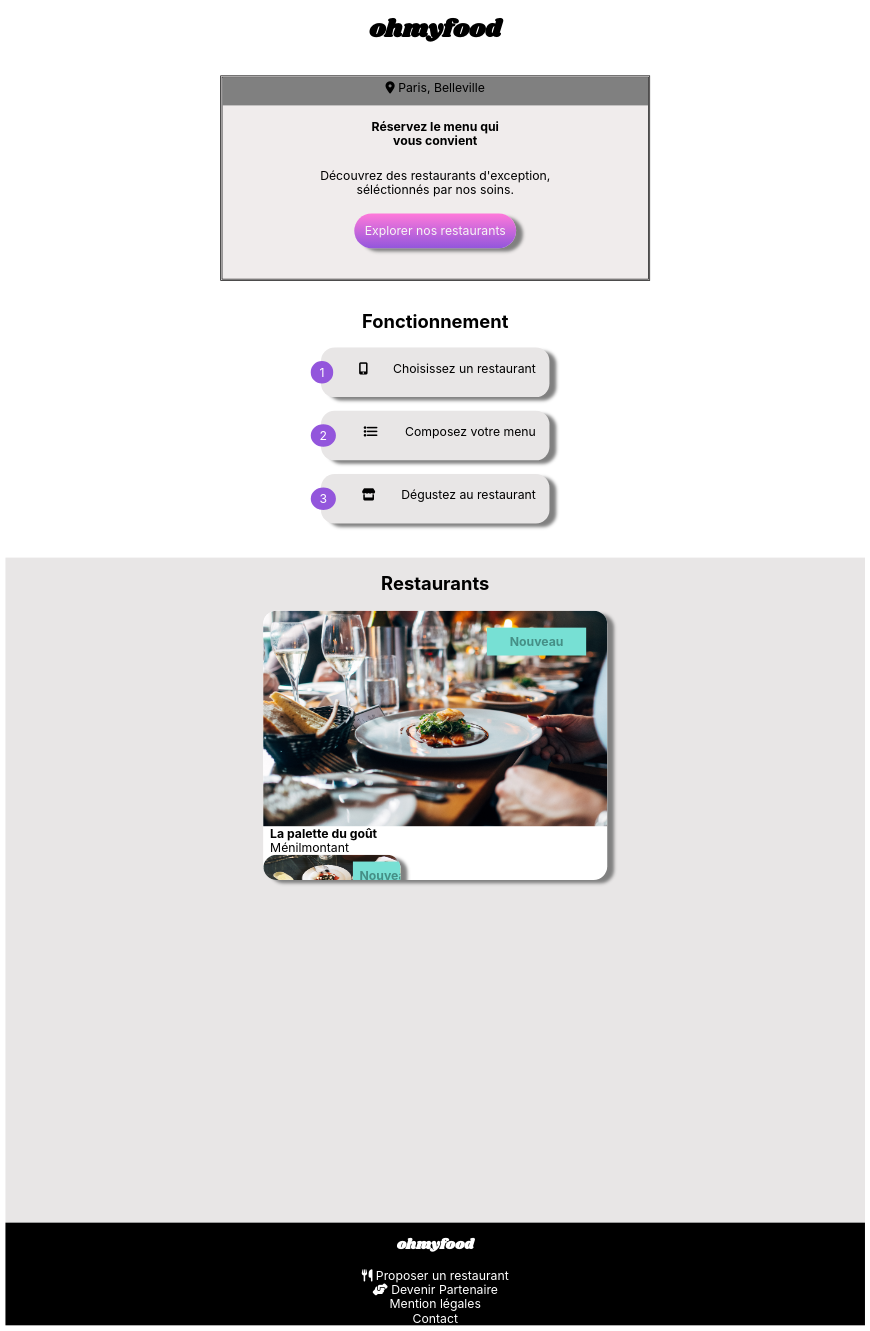
Repository: yacinebouk/ohmyfood
Page: index.html
An editor plug-in stored every save of this project. The page is shown before and after the next save, followed by the edit.
The browser window is 1280 px wide. The pictures show the whole page, at 68% of full size.
Some web libraries are served in a nearby version. The style sheet was rebuilt from its Sass, Less or Tailwind sources for each picture, by a compiler version that may differ from the author's.

Above is the page before, as saved 2022-07-07 16:54:41.

### index.html
<!DOCTYPE html>
<html lang="fr">

<head>
    <script src="https://kit.fontawesome.com/225bbe1e2d.js" crossorigin="anonymous"></script>
    <meta charset="utf-8" />
    <title>ohmyfood</title>
    <link rel="stylesheet" href="css/styles.css" />
    <meta name="viewport" content="width=device-width, initial-scale=1">

</head>

<body>
    <div class="hide">
        <div class="loader"></div>
    </div>
    <main>
        <header>
            <h1 class="Tittle">ohmyfood</h1>
            <div class="search">
                <div class="town"> <span><i class="fa-solid fa-location-dot"></i></span> Paris, Belleville</div>
                <div class="reservation"> <b> Réservez le menu qui <br> vous convient</b> </div>
                <div class="discover">Découvrez des restaurants d'exception, <br> séléctionnés par nos soins.</div>
                <div class="explore">
                    <span class="explore-text">Explorer nos restaurants</span>
                </div>
            </div>
        </header>
        <section class="section-working">
            <div class="working">
                <h2>Fonctionnement</h2>
                <div class="choose">
                    <div class="number">1</div>
                    <div class="logo-work"> <i class="fa-solid fa-mobile-screen-button"></i></div>
                    <div class="text-work"> Choisissez un restaurant</div>
                </div>
                <div class="compose">
                    <div class="number">2</div>
                    <div class="logo-work"><i class="fa-solid fa-ellipsis-vertical"><i class="fa-solid fa-bars"></i></i>
                    </div>
                    <div class="text-work"> Composez votre menu</div>
                </div>
                <div class="taste">
                    <div class="number">3</div>
                    <div class="logo-work"><i class="fa-solid fa-store"></i>
                    </div>
                    <div class="text-work"> Dégustez au restaurant</div>
                </div>
            </div>
        </section>
        <section class="section-restaurant">
            <div class="restaurant">
                <h2>Restaurants</h2>
                <div class="block-restaurant">
                    <div class="border-restaurant">
                        <div class="block-picture">
                            <div class="new"><b>Nouveau</b></div>
                            <div class="picture-restaurant"> <img src="./images/restaurants/jay-wennington-N_Y88TWmGwA-unsplash.jpg" style="height:100%;width: 100%" alt="Ohmyfood"></div>
                        </div>
                        <div class="block-text">
                            <div class="text">
                                <a href="./palette.html">
                                    <div class="title-restaurant"><b> La palette du goût</b>
                                    </div>
                                    <div class="place-restaurant"> Ménilmontant</div>
                                </a>
                            </div>
                            <div class="heart">

                            </div>
                        </div>
                        <div class="border-restaurant">
                            <div class="block-picture">
                                <div class="new"><b>Nouveau</b></div>
                                <div class="picture-restaurant"> <img src="./images/restaurants/stil-u2Lp8tXIcjw-unsplash.jpg" style="height:100%;width: 100%" alt="Ohmyfood"></div>
                            </div>
                            <div class="block-text">
                                <div class="text">
                                    <a href="./noteenchanté.html">
                                        <div class="title-restaurant"><b> La note enchantée</b>
                                        </div>
                                        <div class="place-restaurant"> Charonne</div>
                                    </a>
                                </div>
                                <div class="heart">
                                    <span class="heart-regular"><i class="fa-regular fa-heart"></i></span>
                                    <span class="heart-solid"><i class="fa-solid fa-heart"></i></span>
                                </div>
                            </div>
                        </div>
                        <div class="border-restaurant">
                            <div class="block-picture">
                                <div class="picture-restaurant"> <img src="./images/restaurants/toa-heftiba-DQKerTsQwi0-unsplash.jpg" style="height:100%;width: 100%" alt="Ohmyfood"></div>
                            </div>
                            <div class="block-text">
                                <div class="text">
                                    <a href="./francaise.html">
                                        <div class="title-restaurant"><b>A la française</b>
                                        </div>
                                        <div class="place-restaurant"> Cité Rouge</div>
                                    </a>
                                </div>
                                <div class="heart">
                                    <span class="heart-regular"><i class="fa-regular fa-heart"></i></span>
                                    <span class="heart-solid"><i class="fa-solid fa-heart"></i></span>
                                </div>
                            </div>
                        </div>
                        <div class="border-restaurant">
                            <div class="block-picture">
                                <div class="picture-restaurant"> <img src="./images/restaurants/louis-hansel-shotsoflouis-qNBGVyOCY8Q-unsplash.jpg" style="height:100%;width: 100%" alt="Ohmyfood"></div>
                            </div>
                            <div class="block-text">
                                <div class="text">
                                    <a href="./ledélice.html">
                                        <div class="title-restaurant"><b>Le délice des sens</b></div>
                                        <div class="place-restaurant">Folie-Méricourt</div>
                                    </a>
                                </div>
                                <div class="heart">
                                    <span class="heart-regular"><i class="fa-regular fa-heart"></i></span>
                                    <span class="heart-solid"><i class="fa-solid fa-heart"></i></span>
                                </div>
                            </div>
                        </div>
                    </div>
                </div>
        </section>
        <footer>
            <div class="frame-end">
                <h3 class="little-tittle">ohmyfood </h3>
                <div class="end">
                    <div class="propose"> <i class="fa-solid fa-utensils"></i> Proposer un restaurant</div>
                    <div class="partner"> <i class="fa-solid fa-handshake-angle"></i> Devenir Partenaire</div>
                    <div class="mention">Mention légales</div>
                    <div class="contact">
                        <a href="mailto:yacineboukhari@hotmail.com">Contact</a></div>
                </div>
            </div>
        </footer>
    </main>
</body>

### style/styles.scss
main {
    font-size: 18px;
    font-family: -apple-system, BlinkMacSystemFont, 'Segoe UI', Roboto, Oxygen, Ubuntu, Cantarell, 'Open Sans', 'Helvetica Neue', sans-serif;
}

@font-face {
    font-family: 'Shrikhand';
    src: url('../language/Shrikhand-Regular.otf');
}

h1 {
    font-family: 'Shrikhand';
}

h3 {
    font-family: 'Shrikhand';
}

h2 {
    text-align: center;
}

header {
    text-align: center;
}

@mixin shadow {
    box-shadow: grey 10px 5px 5px;
}

@mixin block {
    display: flex;
    flex-direction: row;
    justify-content: space-between;
    padding-bottom: 40px;
    @include shadow;
    background-color: rgb(232, 230, 230);
    border-radius: 20px 20px;
    padding: 20px 20px 20px 0px;
    width: 25%;
    margin: auto;
}

.logo-img {
    padding-bottom: 20px;
}

.search {
    border: double;
    margin-left: 25%;
    margin-right: 25%;
    background-color: rgb(240, 236, 236);
    padding-bottom: 20px;
}

.town {
    padding-bottom: 15px;
    border-bottom: lightgray 2px;
    padding-top: 5px;
    background-color: grey;
}

.reservation {
    padding-top: 20px;
    padding-bottom: 30px
}

.discover {
    padding-bottom: 40px;
}

.explore {
    padding-bottom: 40px;
}

.explore span {
    @include shadow;
    background: linear-gradient(#FF79DA, #9356DC);
    border-radius: 50px 50px;
    padding: 15px;
    color: #f6f6f6;
}

.working {
    padding-top: 20px;
    display: flex;
    justify-content: center;
    flex-direction: column;
}

.number {
    border: #9356DC solid;
    border-radius: 50%;
    background-color: #9356DC;
    padding: 3px 10px 3px 10px;
    color: white;
    margin-left: -15px;
}

.choose {
    @include block;
    margin-bottom: 20px;
    &:hover {
        .logo-work {
            color: #9356DC;
        }
        background-color: #d8cee4;
    }
}

.compose {
    @include block;
    margin-bottom: 20px;
    &:hover {
        .logo-work {
            color: #9356DC;
        }
        background-color: #d8cee4;
    }
}

.taste {
    @include block;
    margin-bottom: 50px;
    &:hover {
        .logo-work {
            color: #9356DC;
        }
        background-color: #d8cee4;
    }
}

.section-restaurant {
    display: flex;
    flex-direction: column;
    background-color: rgb(232, 230, 230);
}

h1 {
    text-align: center;
    padding-bottom: 20px;
}

.block-restaurant {
    display: flex;
    flex-wrap: wrap;
    height: 900px;
    width: 100%;
    justify-content: space-around;
}

.border-restaurant {
    width: 40%;
    height: 44%;
    overflow: hidden;
    @include shadow;
    background-color: white;
    border-radius: 20px 20px;
}

.picture-restaurant {
    height: 80%;
}

.text {
    padding-left: 10px;
    display: flex;
    flex-direction: column;
    width: 100%;
}

.text a {
    text-decoration: none black;
    color: black;
}

.block-text {
    display: flex;
    place-items: flex-end;
    justify-content: space-between;
}

//
.heart {
    width: 100px;
    display: flex;
    justify-content: center;
    align-items: center;
    cursor: pointer;
    &:active {
        .heart-solid {
            animation: 3s colorin;
            display: flex;
        }
        .heart-regular {
            display: none;
        }
    }
}

.heart-solid {
    visibility: hidden;
    font-weight: 900;
    background-clip: text;
    -webkit-background-clip: text;
    -moz-background-clip: text;
    background-image: linear-gradient(#9356DC, #FF79DA);
    -webkit-text-fill-color: transparent;
}

@keyframes colorin {
    0% {
        visibility: hidden;
        opacity: 0;
    }
    100% {
        visibility: visible;
        opacity: 1;
    }
}

//
@keyframes fadeIn {
    0% {
        visibility: visible;
        opacity: 1;
    }
    100% {
        visibility: hidden;
        opacity: 0;
    }
}

.loader {
    border: 10px solid #f3f3f3;
    border-top: 10px solid red;
    border-bottom: 10px solid blue;
    border-radius: 50%;
    width: 100px;
    height: 100px;
    margin: auto;
    position: absolute;
    top: 0;
    left: 0;
    right: 0;
    bottom: 0;
    -webkit-animation: spin 1.5s linear infinite;
    -o-animation: spin 1.5s linear infinite;
    animation: spin 1.5s linear infinite;
}

.hide {
    animation: 2s fadeIn;
    animation-fill-mode: forwards;
}

main {
    animation: 2s fadeOut;
}

@keyframes fadeOut {
    0% {
        visibility: hidden;
        opacity: 0;
    }
    100% {
        visibility: visible;
        opacity: 1;
    }
}

@keyframes fadeIn {
    0% {
        visibility: visible;
        opacity: 1;
    }
    100% {
        visibility: hidden;
        opacity: 0;
    }
}

@keyframes spin {
    0% {
        transform: rotate(0deg);
    }
    100% {
        transform: rotate(360deg);
    }
}

.frame-end {
    text-align: center;
    background-color: black;
    color: white;
    display: flex;
    flex-direction: column;
}

.little-picture {
    height: 20px;
}

.contact a {
    text-decoration: none white;
    color: white;
}

.block-picture {
    position: relative;
    height: 80%;
}

.picture-restaurant {
    height: 100%;
}

.new {
    color: rgb(69, 143, 134);
    background-color: rgb(119, 224, 212);
    width: 25%;
    position: absolute;
    text-align: center;
    margin-left: 65%;
    margin-top: 5%;
    padding: 10px;
}

@media screen and (min-width: 320px) and (max-width: 768px) {
    main {
        font-size: 20px;
    }
    body {
        margin: 0;
        width: 100%;
    }
    header {
        width: 100%;
    }
    .logo-img {
        padding-bottom: 10px;
    }
    .search {
        border: none;
        margin: 0;
        width: 100%;
    }
    .town {
        padding-top: 5px;
        background-color: rgb(216, 214, 214);
        border-bottom: none;
        border-top: solid 2px grey;
    }
    .reservation {
        font-size: 24px;
        padding-bottom: 20px;
    }
    h1 {
        text-align: center;
    }
    h2 {
        text-align: initial;
    }
    h3 {
        margin-left: 20px;
    }
    .working {
        margin-left: 20px;
    }
    .choose {
        margin-left: 0;
        width: 90%;
    }
    .compose {
        margin-left: 0;
        width: 90%;
    }
    .taste {
        margin-left: 0;
        width: 90%;
    }
    .restaurant {
        margin-left: 20px;
    }
    .block-restaurant {
        height: auto;
        justify-content: unset;
    }
    .border-restaurant {
        width: 95%;
        height: 40%;
        margin-bottom: 20px;
    }
    .picture-restaurant {
        height: 200px;
        width: 100%;
    }
    .block-text {
        padding: 10px;
    }
    .frame-end {
        text-align: initial;
    }
    .end {
        display: flex;
        justify-content: space-around;
        flex-direction: column;
        margin-left: 20px;
    }
    .contact {
        padding-bottom: 20px;
    }
}

@media screen and (min-width: 769px) and (max-width: 991px) {
    .choose {
        width: 32%;
        margin-left: 34%;
    }
    .compose {
        width: 32%;
        margin-left: 34%;
    }
    .taste {
        width: 32%;
        margin-left: 34%;
    }
}

After the next save:
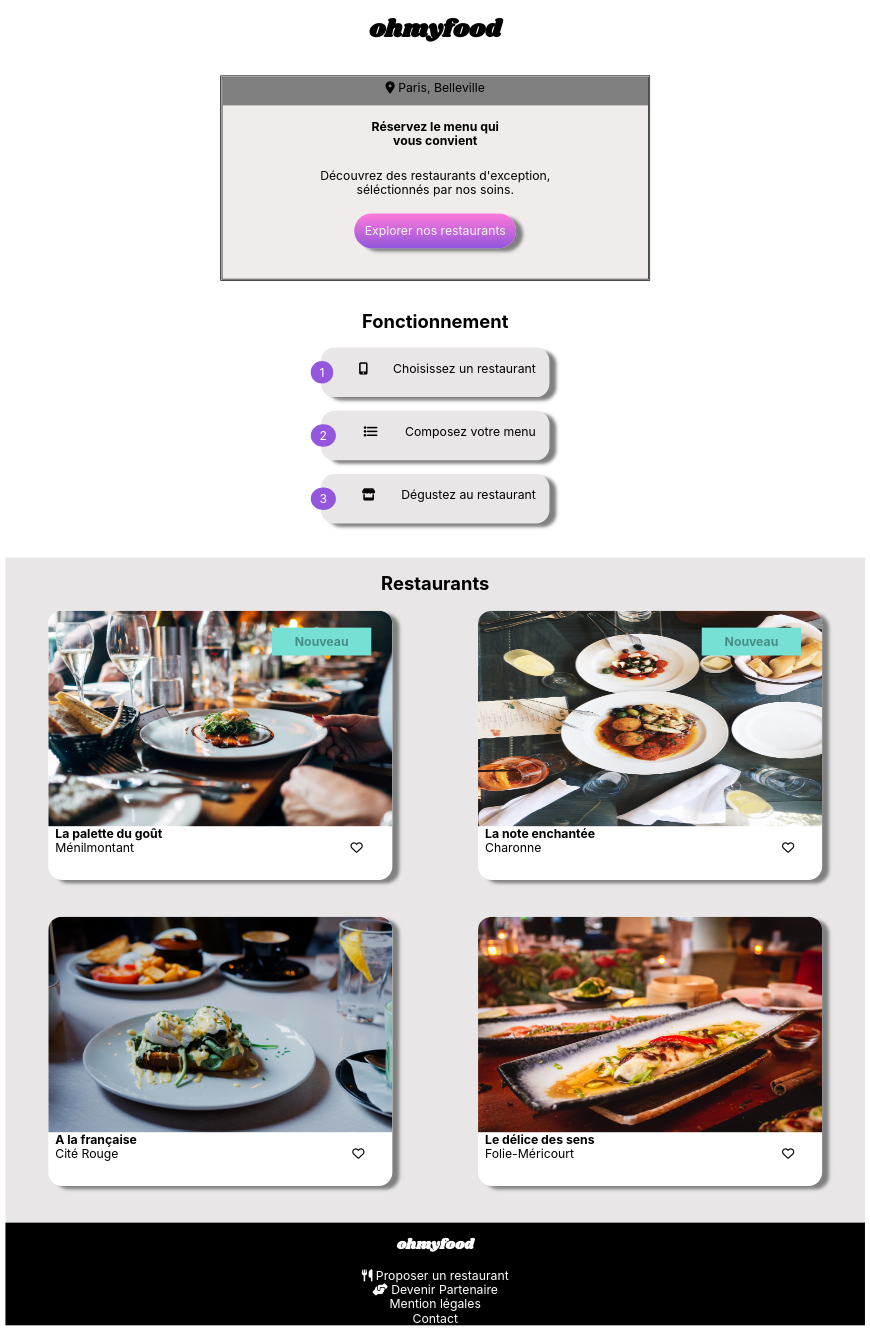
Saved 19 s later.
--- a/index.html
+++ b/index.html
@@ -66,65 +66,69 @@
                                 </a>
                             </div>
                             <div class="heart">
-
+                                <a>
+                                    <span class="heart-regular"><i class="fa-regular fa-heart"></i></span>
+                                    <span class="heart-solid"><i class="fa-solid fa-heart"></i></span>
+                                </a>
                             </div>
                         </div>
-                        <div class="border-restaurant">
-                            <div class="block-picture">
-                                <div class="new"><b>Nouveau</b></div>
-                                <div class="picture-restaurant"> <img src="./images/restaurants/stil-u2Lp8tXIcjw-unsplash.jpg" style="height:100%;width: 100%" alt="Ohmyfood"></div>
+                    </div>
+                    <div class="border-restaurant">
+                        <div class="block-picture">
+                            <div class="new"><b>Nouveau</b></div>
+                            <div class="picture-restaurant"> <img src="./images/restaurants/stil-u2Lp8tXIcjw-unsplash.jpg" style="height:100%;width: 100%" alt="Ohmyfood"></div>
+                        </div>
+                        <div class="block-text">
+                            <div class="text">
+                                <a href="./noteenchanté.html">
+                                    <div class="title-restaurant"><b> La note enchantée</b>
+                                    </div>
+                                    <div class="place-restaurant"> Charonne</div>
+                                </a>
                             </div>
-                            <div class="block-text">
-                                <div class="text">
-                                    <a href="./noteenchanté.html">
-                                        <div class="title-restaurant"><b> La note enchantée</b>
-                                        </div>
-                                        <div class="place-restaurant"> Charonne</div>
-                                    </a>
-                                </div>
-                                <div class="heart">
-                                    <span class="heart-regular"><i class="fa-regular fa-heart"></i></span>
-                                    <span class="heart-solid"><i class="fa-solid fa-heart"></i></span>
-                                </div>
+                            <div class="heart">
+                                <span class="heart-regular"><i class="fa-regular fa-heart"></i></span>
+                                <span class="heart-solid"><i class="fa-solid fa-heart"></i></span>
                             </div>
                         </div>
-                        <div class="border-restaurant">
-                            <div class="block-picture">
-                                <div class="picture-restaurant"> <img src="./images/restaurants/toa-heftiba-DQKerTsQwi0-unsplash.jpg" style="height:100%;width: 100%" alt="Ohmyfood"></div>
+                    </div>
+                    <div class="border-restaurant">
+                        <div class="block-picture">
+                            <div class="picture-restaurant"> <img src="./images/restaurants/toa-heftiba-DQKerTsQwi0-unsplash.jpg" style="height:100%;width: 100%" alt="Ohmyfood"></div>
+                        </div>
+                        <div class="block-text">
+                            <div class="text">
+                                <a href="./francaise.html">
+                                    <div class="title-restaurant"><b>A la française</b>
+                                    </div>
+                                    <div class="place-restaurant"> Cité Rouge</div>
+                                </a>
                             </div>
-                            <div class="block-text">
-                                <div class="text">
-                                    <a href="./francaise.html">
-                                        <div class="title-restaurant"><b>A la française</b>
-                                        </div>
-                                        <div class="place-restaurant"> Cité Rouge</div>
-                                    </a>
-                                </div>
-                                <div class="heart">
-                                    <span class="heart-regular"><i class="fa-regular fa-heart"></i></span>
-                                    <span class="heart-solid"><i class="fa-solid fa-heart"></i></span>
-                                </div>
+                            <div class="heart">
+                                <span class="heart-regular"><i class="fa-regular fa-heart"></i></span>
+                                <span class="heart-solid"><i class="fa-solid fa-heart"></i></span>
                             </div>
                         </div>
-                        <div class="border-restaurant">
-                            <div class="block-picture">
-                                <div class="picture-restaurant"> <img src="./images/restaurants/louis-hansel-shotsoflouis-qNBGVyOCY8Q-unsplash.jpg" style="height:100%;width: 100%" alt="Ohmyfood"></div>
+                    </div>
+                    <div class="border-restaurant">
+                        <div class="block-picture">
+                            <div class="picture-restaurant"> <img src="./images/restaurants/louis-hansel-shotsoflouis-qNBGVyOCY8Q-unsplash.jpg" style="height:100%;width: 100%" alt="Ohmyfood"></div>
+                        </div>
+                        <div class="block-text">
+                            <div class="text">
+                                <a href="./ledélice.html">
+                                    <div class="title-restaurant"><b>Le délice des sens</b></div>
+                                    <div class="place-restaurant">Folie-Méricourt</div>
+                                </a>
                             </div>
-                            <div class="block-text">
-                                <div class="text">
-                                    <a href="./ledélice.html">
-                                        <div class="title-restaurant"><b>Le délice des sens</b></div>
-                                        <div class="place-restaurant">Folie-Méricourt</div>
-                                    </a>
-                                </div>
-                                <div class="heart">
-                                    <span class="heart-regular"><i class="fa-regular fa-heart"></i></span>
-                                    <span class="heart-solid"><i class="fa-solid fa-heart"></i></span>
-                                </div>
+                            <div class="heart">
+                                <span class="heart-regular"><i class="fa-regular fa-heart"></i></span>
+                                <span class="heart-solid"><i class="fa-solid fa-heart"></i></span>
                             </div>
                         </div>
                     </div>
                 </div>
+            </div>
         </section>
         <footer>
             <div class="frame-end">
